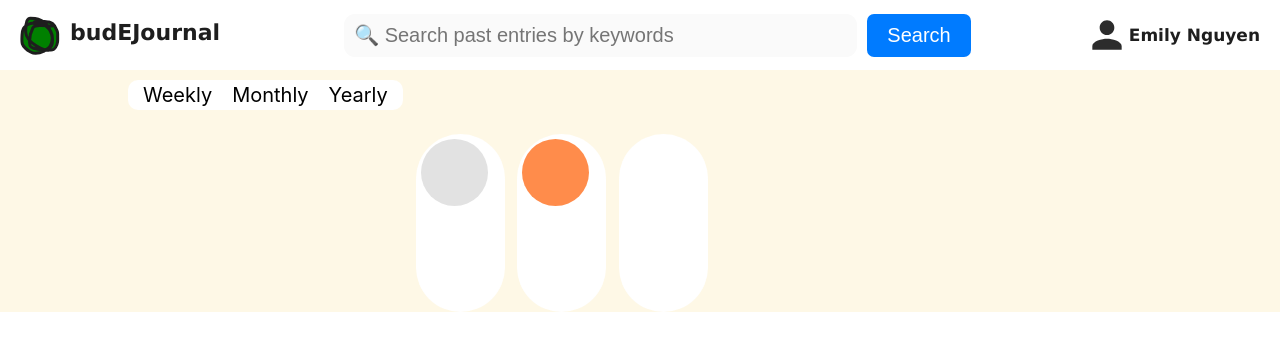
Repository: BaileyLuu/budejournal
Page: /
An editor plug-in stored every save of this project. The page is shown before and after the next save, followed by the edit.
The browser window is 1280 px wide. The pictures show the whole page.
The project was rebuilt for these pictures with package versions that can differ from the ones it lists, and the page was loaded fresh each time. Also part of the build but not shown: src/pages/Home.js.

Above is the page before, as saved 2023-09-16 21:31:14.

After the next save:
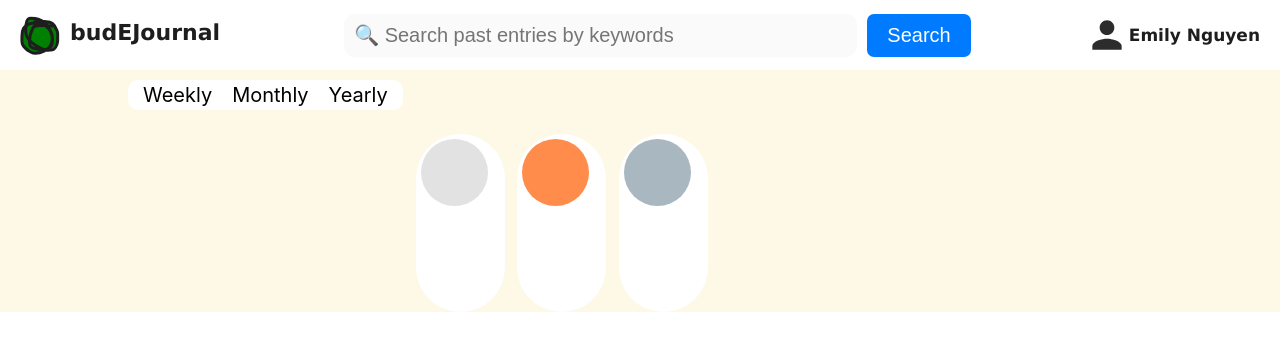
Saved 23 s later.
--- a/src/components/Emoji.js
+++ b/src/components/Emoji.js
@@ -24,7 +24,9 @@
                     </svg>
                 </div>
                 <div className="emoji-mood">
-
+                <svg xmlns="http://www.w3.org/2000/svg" width="67" height="67" viewBox="0 0 67 67" fill="none">
+  <circle cx="33.5" cy="33.5" r="33.5" fill="#A9B7C0"/>
+</svg>
                 </div>
                 {/* <div className="mood-weekly">
                     <div className="mood">
